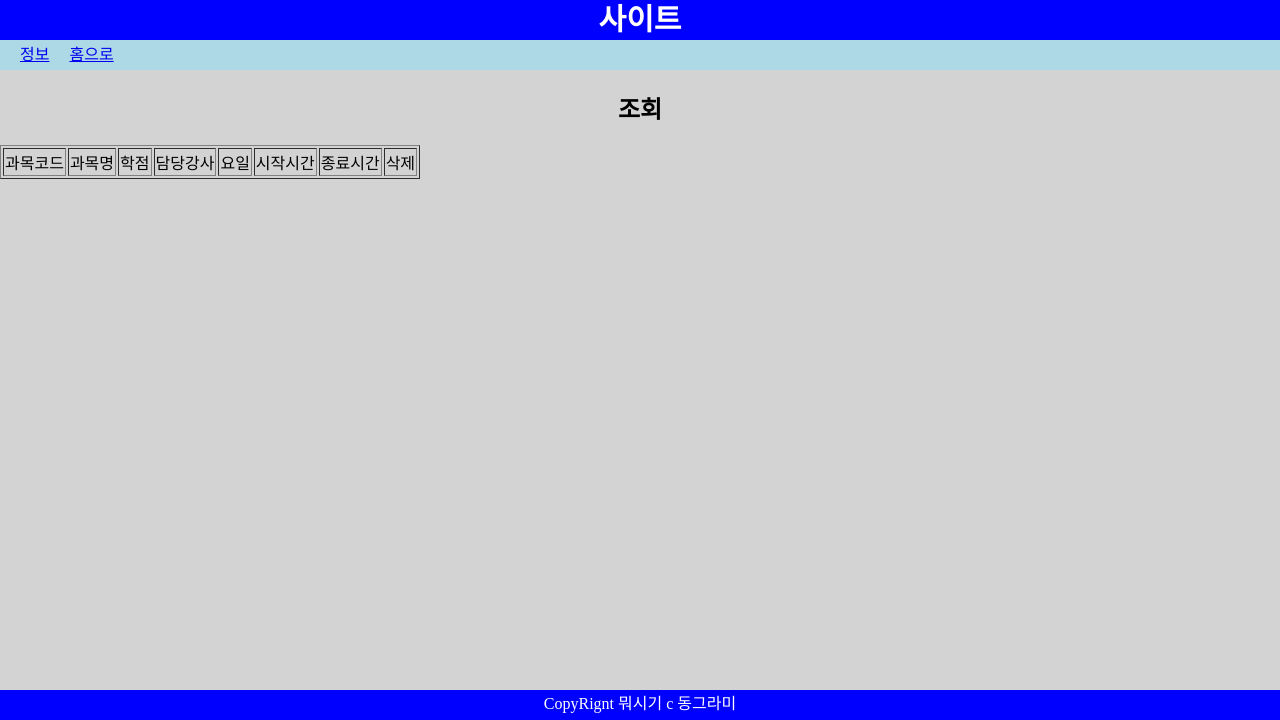
Repository: ImGaram/til
Page: http://localhost/practice/soqn/list.jsp
These files come from the project's save history. The page is drawn as it stood at one moment and after the next save; the edit follows.
The browser window is 1280 px wide. The pictures show the whole page.
The page is served by Tomcat 9. Other server files are loaded and not shown.

Above is the page before, as saved 2022-06-28 11:58:06.

### 2학년 jsp(화면구현)/practice/src/main/webapp/soqn/list.jsp
<%@ page language="java" contentType="text/html; charset=UTF-8"
    pageEncoding="UTF-8"%>
<!DOCTYPE html>
<html>
<head>
<meta charset="UTF-8">
<title>list</title>
</head>
<body>
<jsp:include page="header.jsp"></jsp:include>
<section style="position:fixed; top:70px; left:0; width:100%; height:100%; background:lightgray;">
<h2 style="text-align:center">조회</h2>
<table border="1" style="justify-content:center;">
<tr>
	<td>과목코드</td>
	<td>과목명</td>
	<td>학점</td>
	<td>담당강사</td>
	<td>요일</td>
	<td>시작시간</td>
	<td>종료시간</td>
	<td>삭제</td>
</tr>
<%

%>
</table>
</section>
<jsp:include page="footer.jsp"></jsp:include>
</body>
</html>

### 2학년 jsp(화면구현)/practice/src/main/webapp/soqn/header.jsp
<%@ page language="java" contentType="text/html; charset=UTF-8"
    pageEncoding="UTF-8"%>
<!DOCTYPE html>
<html>
<head>
<meta charset="UTF-8">
<title>header</title>
</head>
<body>
<header style="position:fixed; top:0; left:0; width:100%; height:40px; line-height: 40px; background-color:blue;
 color: white; text-align:center; font-size:30px">
<b>사이트</b>
</header>
<nav style="position:fixed;top:40px;left:0;width:100%;height:30px; background-color:lightblue; padding-left:20px; line-height:30px;">
<a href="list.jsp">정보</a> &nbsp; &nbsp;
<a href="index.jsp">홈으로</a>
</nav>
</body>
</html>

### 2학년 jsp(화면구현)/practice/src/main/webapp/soqn/footer.jsp
<%@ page language="java" contentType="text/html; charset=UTF-8"
    pageEncoding="UTF-8"%>
<!DOCTYPE html>
<html>
<head>
<meta charset="UTF-8">
<title>footer</title>
</head>
<body>
<footer style="width:100%; height: 30px; background-color:blue; bottom:0; left:0; position:fixed; color:white; text-align:center;">
CopyRignt 뭐시기 c 동그라미
</footer>
</body>
</html>

After the next save:
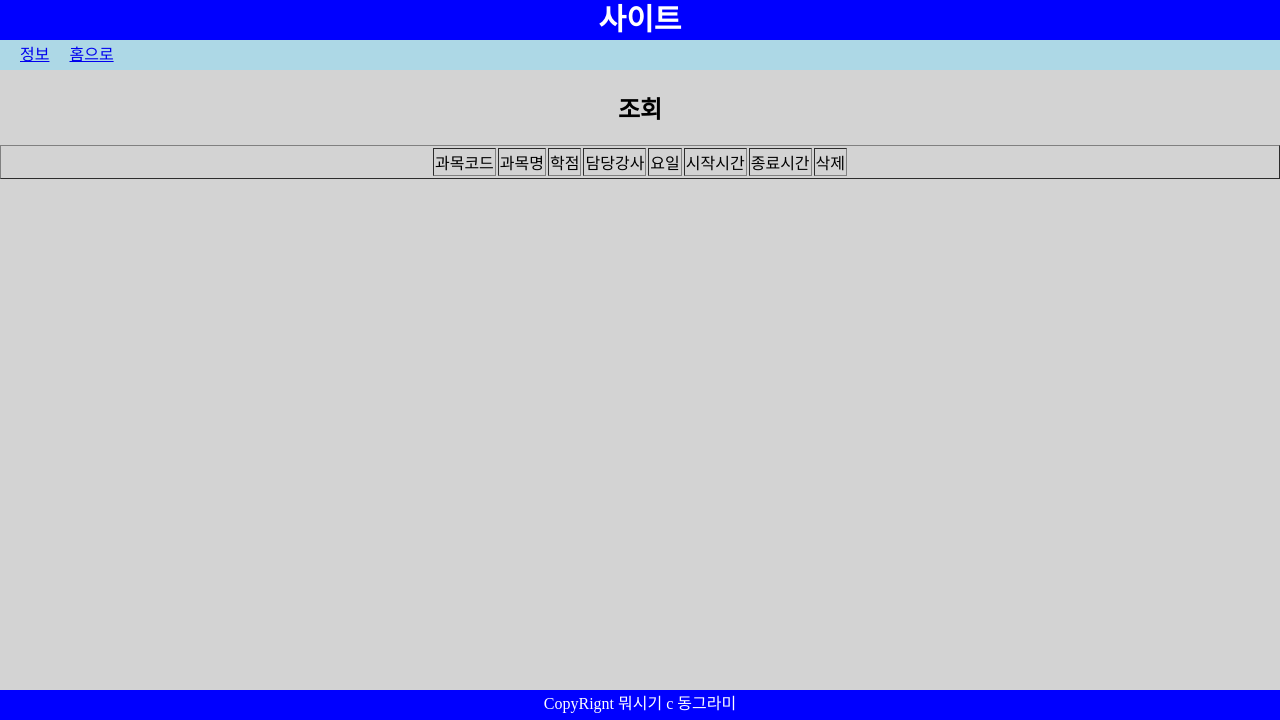
Saved 23 s later.
--- a/2학년 jsp(화면구현)/practice/src/main/webapp/soqn/list.jsp
+++ b/2학년 jsp(화면구현)/practice/src/main/webapp/soqn/list.jsp
@@ -10,7 +10,7 @@
 <jsp:include page="header.jsp"></jsp:include>
 <section style="position:fixed; top:70px; left:0; width:100%; height:100%; background:lightgray;">
 <h2 style="text-align:center">조회</h2>
-<table border="1" style="justify-content:center;">
+<table border="1" style="display: flex; justify-content: center; align-items: center; text-align: center">
 <tr>
 	<td>과목코드</td>
 	<td>과목명</td>
